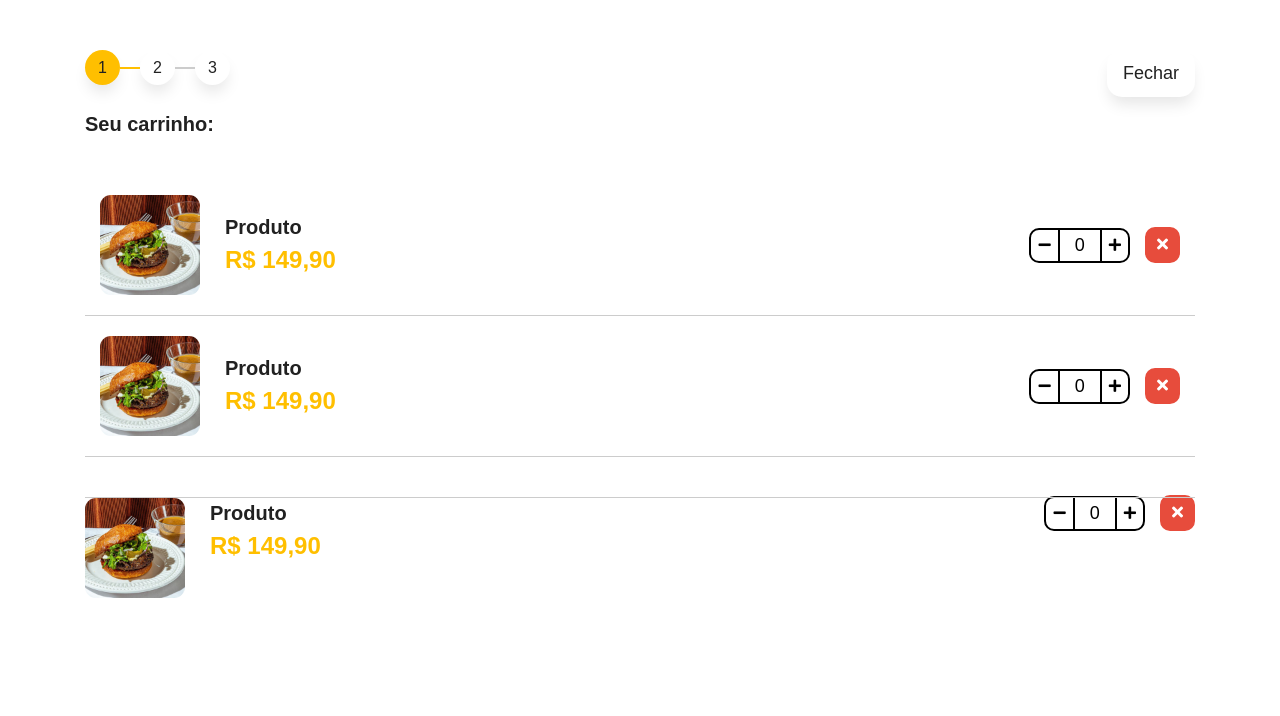
Repository: darkness318/restaraunt
Page: index.html
These files come from the project's save history. The page is drawn as it stood at one moment and after the next save; the edit follows.
The browser window is 1280 px wide. The pictures show the window.
A layer covers the whole window, so only the first screen is drawn.

Above is the page before, as saved 2024-10-01 10:36:28.

### index.html
<!DOCTYPE html>
<html lang="pt-br">
  <head>
    <meta charset="UTF-8" />
    <meta name="viewport" content="width=device-width, initial-scale=1.0" />
    <title>Restaurente - Seja bem vindo!</title>
    <link rel="stylesheet" href="./css/bootstrap.min.css" />
    <link rel="stylesheet" href="./css/fontawesome.css" />
    <link rel="stylesheet" href="./css/main.css" />
  </head>

  <body>
    <section class="header">
      <div class="container">
        <nav class="navbar navbar-expand-lg pl-0 pr-0">
          <a class="navbar-brand" href="#">
            <img src="./img/logo.png" width="160" class="img-logo" />
          </a>
          <button
            class="navbar-toggler"
            type="button"
            data-toggle="collapse"
            data-target="#navbarNavDropdown"
          >
            <span class="navbar-toggler-icon">
              <i class="fas fa-bars"></i>
            </span>
          </button>
          <div class="collapse navbar-collapse" id="navbarNavDropdown">
            <ul class="navbar-nav ml-auto mr-auto">
              <li class="nav-item">
                <a href="#reservas" class="nav-link"><b>Reservas</b></a>
              </li>
              <li class="nav-item">
                <a href="#servicos" class="nav-link"><b>Serviços</b></a>
              </li>
              <li class="nav-item">
                <a href="#cardapio" class="nav-link"><b>Cardápio</b></a>
              </li>
              <li class="nav-item">
                <a href="#depoimentos" class="nav-link"><b>Depoimentos</b></a>
              </li>
            </ul>
            <a class="btn btn-white btn-icon">
              Meu carrinho
              <span class="icon">
                <i class="fa fa-shopping-bag"></i>
              </span>
            </a>
          </div>
        </nav>
      </div>
    </section>

    <section class="banner">
      <div class="container">
        <div class="row">
          <div class="col-6">
            <div class="d-flex text-banner">
              <h1>
                <b>Escolha sua comida <b class="color-primary">favorita.</b></b>
              </h1>
              <p>
                Aproveite nosso cardápio! Escolha o que desejar e receba em sua
                casa de forma rápida e segura.
              </p>
              <div>
                <a class="btn btn-yellow mt-4 mr-3"> Ver Cardápio </a>
                <a href="#" class="btn btn-white btn-icon-left mt-4">
                  <span class="icon-left">
                    <i class="fa fa-phone"></i>
                  </span>
                  (66) 9 9999-8888
                </a>
              </div>
            </div>
            <a class="btn btn-sm btn-white btn-social mt-4 mr-3">
              <i class="fab fa-instagram"></i>
            </a>
            <a class="btn btn-sm btn-white btn-social mt-4 mr-3">
              <i class="fab fa-facebook-f"></i>
            </a>
            <a class="btn btn-sm btn-white btn-social mt-4">
              <i class="fab fa-whatsapp"></i>
            </a>
          </div>
          <div class="col-6">
            <div class="card-banner"></div>
            <div class="d-flex img-banner">
              <img src="./img/burguer.png" />
            </div>
            <div class="card card-case">
              "Entrega rápida e funcionários simpáticos.
              <br />A comida chegou quente e <br />
              muito saborosa!"
              <span class="card-case-name">
                <b>Thiago Lopes</b>
              </span>
            </div>
          </div>
        </div>
      </div>
    </section>
    <section class="servicos" id="servicos">
      <div class="background-servicos"></div>

      <div class="container">
        <div class="class row">
          <div class="col-12 text-center mb-5">
            <span class="hint-title"><b>Serviços</b></span>
            <h1 class="title">
              <b>Como são nossos serviços?</b>
            </h1>
          </div>

          <div class="col-4 mb-5">
            <div class="card-icon text-center">
              <img src="./img/icone-pedido.svg" width="150 " />
            </div>

            <div class="card-text text-center mt-3">
              <p><b>Fácil de pedir</b></p>
              <span>
                Você só precisa de alguns passos para pedir sua comida.
              </span>
            </div>
          </div>

          <div class="col-4 mb-5">
            <div class="card-icon text-center">
              <img src="./img/icone-delivery.svg" width="250 " />
            </div>

            <div class="card-text text-center mt-3">
              <p><b>Entrega Rápida</b></p>
              <span> Nossa entrega é sempre pontual, rápida e segura. </span>
            </div>
          </div>

          <div class="col-4 mb-5">
            <div class="card-icon text-center">
              <img src="./img/icone-qualidade.svg" width="250 " />
            </div>

            <div class="card-text text-center mt-3">
              <p><b>Melhor qualidade</b></p>
              <span>
                Não só a rapidez na entrega, a qualidade também é o nosso forte.
              </span>
            </div>
          </div>
        </div>
      </div>
    </section>
    <section class="cardapio" id="cardapio">
      <div class="background-cardapio"></div>

      <div class="container">
        <div class="row">
          <div class="col-12 text-center mb-5">
            <span class="hint-title"><b>Cardápio</b></span>
            <h1 class="title">
              <b>Conheça o nosso Cardápio</b>
            </h1>
          </div>

          <div class="col-12 container-menu">
            <a class="btn btn-white btn-sm mr-3">
              <i class="fas fa-hamburger"></i>&nbsp;Burgers
            </a>
            <a class="btn btn-white btn-sm mr-3">
              <i class="fas fa-pizza-slice"></i>&nbsp;Pizzas
            </a>
            <a class="btn btn-white btn-sm mr-3">
              <i class="fas fa-drumstick-bite"></i>&nbsp;Churrasco
            </a>
            <a class="btn btn-white btn-sm mr-3">
              <i class="fas fa-bacon"></i>&nbsp;Steaks
            </a>
            <a class="btn btn-white btn-sm mr-3">
              <i class="fas fa-cocktail"></i>&nbsp;Bebidas
            </a>
            <a class="btn btn-white btn-sm mr-3">
              <i class="fas fa-ice-cream"></i>&nbsp;Sobremesas
            </a>
          </div>

          <div class="col-12">
            <div class="row" id="itensCardapio">
              <div class="col-3 mb-5">
                <div class="card card-item">
                  <div class="img-produto">
                    <img
                      src="./img/cardapio/burguers/burger-au-poivre-kit-4-pack.3ca0e39b02db753304cd185638dad518.jpg"
                    />
                  </div>
                  <p class="title-produto text-center mt-4">
                    <b>Nome do produto muito grande</b>
                  </p>
                  <p class="price-produto text-center">
                    <b>R$ 154,90</b>
                  </p>

                  <div class="add-carrinho">
                    <span class="btn-menos"><i class="fas fa-minus"></i></span>
                    <span class="btn-numero-itens">0</span>
                    <span class="btn-mais"><i class="fas fa-plus"></i></span>
                    <span class="btn btn-add"
                      ><i class="fa fa-shopping-bag"></i
                    ></span>
                  </div>
                </div>
              </div>

              <div class="col-3 mb-5">
                <div class="card card-item">
                  <div class="img-produto">
                    <img
                      src="./img/cardapio/burguers/burger-au-poivre-kit-4-pack.3ca0e39b02db753304cd185638dad518.jpg"
                    />
                  </div>
                  <p class="title-produto text-center mt-4">
                    <b>Nome do produto muito grande</b>
                  </p>
                  <p class="price-produto text-center">
                    <b>R$ 154,90</b>
                  </p>

                  <div class="add-carrinho">
                    <span class="btn-menos"><i class="fas fa-minus"></i></span>
                    <span class="btn-numero-itens">0</span>
                    <span class="btn-mais"><i class="fas fa-plus"></i></span>
                    <span class="btn btn-add"
                      ><i class="fa fa-shopping-bag"></i
                    ></span>
                  </div>
                </div>
              </div>

              <div class="col-3 mb-5">
                <div class="card card-item">
                  <div class="img-produto">
                    <img
                      src="./img/cardapio/burguers/burger-au-poivre-kit-4-pack.3ca0e39b02db753304cd185638dad518.jpg"
                    />
                  </div>
                  <p class="title-produto text-center mt-4">
                    <b>Nome do produto muito grande</b>
                  </p>
                  <p class="price-produto text-center">
                    <b>R$ 154,90</b>
                  </p>

                  <div class="add-carrinho">
                    <span class="btn-menos"><i class="fas fa-minus"></i></span>
                    <span class="btn-numero-itens">0</span>
                    <span class="btn-mais"><i class="fas fa-plus"></i></span>
                    <span class="btn btn-add"
                      ><i class="fa fa-shopping-bag"></i
                    ></span>
                  </div>
                </div>
              </div>

              <div class="col-3 mb-5">
                <div class="card card-item">
                  <div class="img-produto">
                    <img
                      src="./img/cardapio/burguers/burger-au-poivre-kit-4-pack.3ca0e39b02db753304cd185638dad518.jpg"
                    />
                  </div>
                  <p class="title-produto text-center mt-4">
                    <b>Nome do produto muito grande</b>
                  </p>
                  <p class="price-produto text-center">
                    <b>R$ 154,90</b>
                  </p>

                  <div class="add-carrinho">
                    <span class="btn-menos"><i class="fas fa-minus"></i></span>
                    <span class="btn-numero-itens">0</span>
                    <span class="btn-mais"><i class="fas fa-plus"></i></span>
                    <span class="btn btn-add"
                      ><i class="fa fa-shopping-bag"></i
                    ></span>
                  </div>
                </div>
              </div>
            </div>
          </div>
          <div class="col-12 text-center">
            <a class="btn btn-white btn-sm">Ver mais</a>
          </div>
        </div>
      </div>
    </section>
    <section class="depoimentos" id="depoimentos">
      <div class="background-depoimentos"></div>
      <div class="container">
        <div class="row">
          <div class="col-5 text-center">
            <div class="card-depoimentos"></div>
            <div class="d-flex img-banner">
              <img src="./img/pizzas.png" />
            </div>
          </div>

          <div class="col-7">
            <span class="hint-title"><b>Depoimentos</b></span>
            <h1 class="title">
              <b>O que dizem sobre nós</b>
            </h1>
            <div class="mb-5">
              <div class="depoimento" id="depoimento-1">
                <div class="container-dados-depoimento">
                  <div class="imagem-depoimento"></div>
                  <div>
                    <p class="nome-depoimento"><b>Diego Pereira</b></p>
                    <p class="nota-depoimento">
                      <i class="fas fa-star"></i>
                      <i class="fas fa-star"></i>
                      <i class="fas fa-star"></i>
                      <i class="fas fa-star"></i>
                      <i class="fas fa-star-half-alt"></i>&nbsp;
                      <span>4.5</span>
                    </p>
                  </div>
                </div>
                <p class="texto-depoimento">
                  <i class="fas fa-quote-left"></i>
                  <span>
                    Muito bom, recomendo demais! Comida muito bem feita pelo
                    chefe, atendimento dentro dos parâmetros e boa comunicação
                    com o cliente.
                  </span>
                  <i class="fas fa-quote-right"></i>
                </p>
              </div>

              <div class="depoimento hidden" id="depoimento-2">
                <div class="container-dados-depoimento">
                  <div class="imagem-depoimento"></div>
                  <div>
                    <p class="nome-depoimento"><b>Ana Beatriz</b></p>
                    <p class="nota-depoimento">
                      <i class="fas fa-star"></i>
                      <i class="fas fa-star"></i>
                      <i class="fas fa-star"></i>
                      <i class="fas fa-star"></i>
                      <i class="fas fa-star"></i>&nbsp; <span>5.0</span>
                    </p>
                  </div>
                </div>
                <p class="texto-depoimento">
                  <i class="fas fa-quote-left"></i>
                  <span>
                    Um jantar perfeito do começo ao fim. Comida, experiência,
                    serviço... foi tão maravilhoso que fomos dois dias seguidos
                    - fato inédito para mim em uma viagem.
                  </span>
                  <i class="fas fa-quote-right"></i>
                </p>
              </div>

              <div class="depoimento hidden" id="depoimento-3">
                <div class="container-dados-depoimento">
                  <div class="imagem-depoimento"></div>
                  <div>
                    <p class="nome-depoimento"><b>João Guilherme</b></p>
                    <p class="nota-depoimento">
                      <i class="fas fa-star"></i>
                      <i class="fas fa-star"></i>
                      <i class="fas fa-star"></i>
                      <i class="fas fa-star"></i>
                      <i class="far fa-star"></i>&nbsp; <span>4.0</span>
                    </p>
                  </div>
                </div>
                <p class="texto-depoimento">
                  <i class="fas fa-quote-left"></i>
                  <span>
                    A comida estava excelente e o serviço gentil nos
                    surpreendeu! Dica: reserve umas 3 horas para ter uma
                    experiência incrível.
                  </span>
                  <i class="fas fa-quote-right"></i>
                </p>
              </div>
            </div>

            <a class="btn btn-sm btn-white btn-social mr-3 active">1</a>
            <a class="btn btn-sm btn-white btn-social mr-3">2</a>
            <a class="btn btn-sm btn-white btn-social">3</a>
          </div>
        </div>
      </div>
    </section>
    <section class="reserva" id="reserva">
      <div class="container">
        <div class="row">
          <div class="col-12">
            <div class="card-secondary">
              <div class="row">
                <div class="col-7">
                  <span class="hint-title"><b>Reserva</b></span>
                  <h1 class="title">
                    <b>Quer reservar um horário?</b>
                  </h1>
                  <p class="pr-5">
                    Mande uma mensagem clicando no botão abaixo
                    <br />
                    Reserve sua data e horário de forma simples e rápida.
                  </p>
                  <a class="btn btn-yellow mt-4"> Fazer reserva </a>
                </div>

                <div class="col-5">
                  <div class="card-reserva"></div>
                  <div class="d-flex img-banner">
                    <img src="./img/icone-reserva.svg" />
                  </div>
                </div>
              </div>
            </div>
          </div>
        </div>
      </div>
    </section>

    <section class="footer">
      <div class="container">
        <div class="row">
          <div class="col-3 container-logo-footer">
            <img class="logo-footer" src="./img/logo.png" />
          </div>

          <div class="col-6 container-texto-footer">
            <p class="mb-0">
              <b>Menu On-line</b> &copy; Todos os direitos reservados
            </p>
          </div>

          <div class="col-3 container-redes-footer">
            <a class="btn btn-sm btn-white btn-social mr-3">
              <i class="fab fa-instagram"></i>
            </a>
            <a class="btn btn-sm btn-white btn-social mr-3">
              <i class="fab fa-facebook-f"></i>
            </a>
            <a class="btn btn-sm btn-white btn-social">
              <i class="fab fa-whatsapp"></i>
            </a>
          </div>
        </div>
      </div>
    </section>

    <div class="modal-full" id="modalCarrinho">
      <div class="m-header">
        <div class="container">
          <a class="btn btn-white btn-sm float-right"> Fechar </a>

          <div class="etapas">
            <div class="etapa etapa1 active">1</div>
            <div class="etapa etapa2">2</div>
            <div class="etapa etapa3">3</div>
          </div>
          <p class="title-carrinho mt-4">
            <b id="lblTituloEtapa">Seu carrinho:</b>
          </p>
        </div>
      </div>

      <div class="m-body">
        <div class="container">
          <div id="itensCarrinho" class="row mr-0 ml-0">
            <div class="col-12 item-carrinho">
              <div class="img-produto">
                <img
                  src="./img/cardapio/burguers/burger-au-poivre-kit-4-pack.3ca0e39b02db753304cd185638dad518.jpg"
                />
              </div>
              <div class="dados-produto">
                <p class="title-produto"><b>Produto</b></p>
                <p class="price-produto"><b>R$ 149,90</b></p>
              </div>
              <div class="add-carrinho">
                <span class="btn-menos"><i class="fas fa-minus"></i></span>
                <span class="btn-numero-itens">0</span>
                <span class="btn-mais"><i class="fas fa-plus"></i></span>
                <span class="btn btn-remove"><i class="fa fa-times"></i></span>
              </div>
            </div>
            <!-- segundo item do carrinho   -->
            <div class="col-12 item-carrinho">
              <div class="img-produto">
                <img
                  src="./img/cardapio/burguers/burger-au-poivre-kit-4-pack.3ca0e39b02db753304cd185638dad518.jpg"
                />
              </div>
              <div class="dados-produto">
                <p class="title-produto"><b>Produto</b></p>
                <p class="price-produto"><b>R$ 149,90</b></p>
              </div>
              <div class="add-carrinho">
                <span class="btn-menos"><i class="fas fa-minus"></i></span>
                <span class="btn-numero-itens">0</span>
                <span class="btn-mais"><i class="fas fa-plus"></i></span>
                <span class="btn btn-remove"><i class="fa fa-times"></i></span>
              </div>
            </div>

            <div class="col-12 item-carrinho"></div>
              <div class="img-produto">
                <img
                  src="./img/cardapio/burguers/burger-au-poivre-kit-4-pack.3ca0e39b02db753304cd185638dad518.jpg"
                />
              </div>
              <div class="dados-produto">
                <p class="title-produto"><b>Produto</b></p>
                <p class="price-produto"><b>R$ 149,90</b></p>
              </div>
              <div class="add-carrinho">
                <span class="btn-menos"><i class="fas fa-minus"></i></span>
                <span class="btn-numero-itens">0</span>
                <span class="btn-mais"><i class="fas fa-plus"></i></span>
                <span class="btn btn-remove"><i class="fa fa-times"></i></span>
              </div>
            </div>
          </div>

          <div id="localEntrega" class="row mr-0 ml-0 hidden"></div>

          <div id="resumoCarrinho" class="row mr-0 ml-0 hidden"></div>
        </div>
      </div>

      <div class="m-footer">
        <div class="container">
          <div class="container-total text-right mb-4 ">
            <p class="mb-0">
              <span>Subtotal</span>
              <span id="lblSubtotal">R$ 103,00</span>
            </p>
            <p class="mb-0 texto-entrega">
              <span><i class="fas fa-motorcycle"></i>Entrega:</span>
              <span id="lblValorEntrega">R$ 5,00</span>
            </p>
            <p class="mb-0 texto-total"></p>
              <span><b>Total:</b></span>
              <span class="valor-total" id="lblValorTotal"><b>R$ 108,00</b></span>
            </p>
          </div>
          <a class="btn btn-yellow float-right" id="btnEtapaPedido">Continuar</a>
          <a class="btn btn-yellow float-right hidden" id="btnEtapaEndereco">Revisar Pediro</a>
          <a class="btn btn-yellow float-right hidden" id="btnEtapaResumo">EnviarPedido</a>
          <a class="btn btn-white float-right mr-3" id="btnEtapaResumo">Voltar</a>
        </div>
      </div>
    </div>

    <script type="text/javascript" src="./js/jquery-1.12.4.min.js"></script>
    <script type="text/javascript" src="./js/modernizr-3.5.0.min.js"></script>
    <script type="text/javascript" src="./js/bootstrap.min.js"></script>
    <script type="text/javascript" src="./js/popper.min.js"></script>
  </body>
</html>

Loaded but not shown: css/bootstrap.min.css (library); css/fontawesome.css (library); js/jquery-1.12.4.min.js (library); js/modernizr-3.5.0.min.js (library); js/bootstrap.min.js (library); js/popper.min.js (library); css/main.css (621 lines, source omitted)

After the next save:
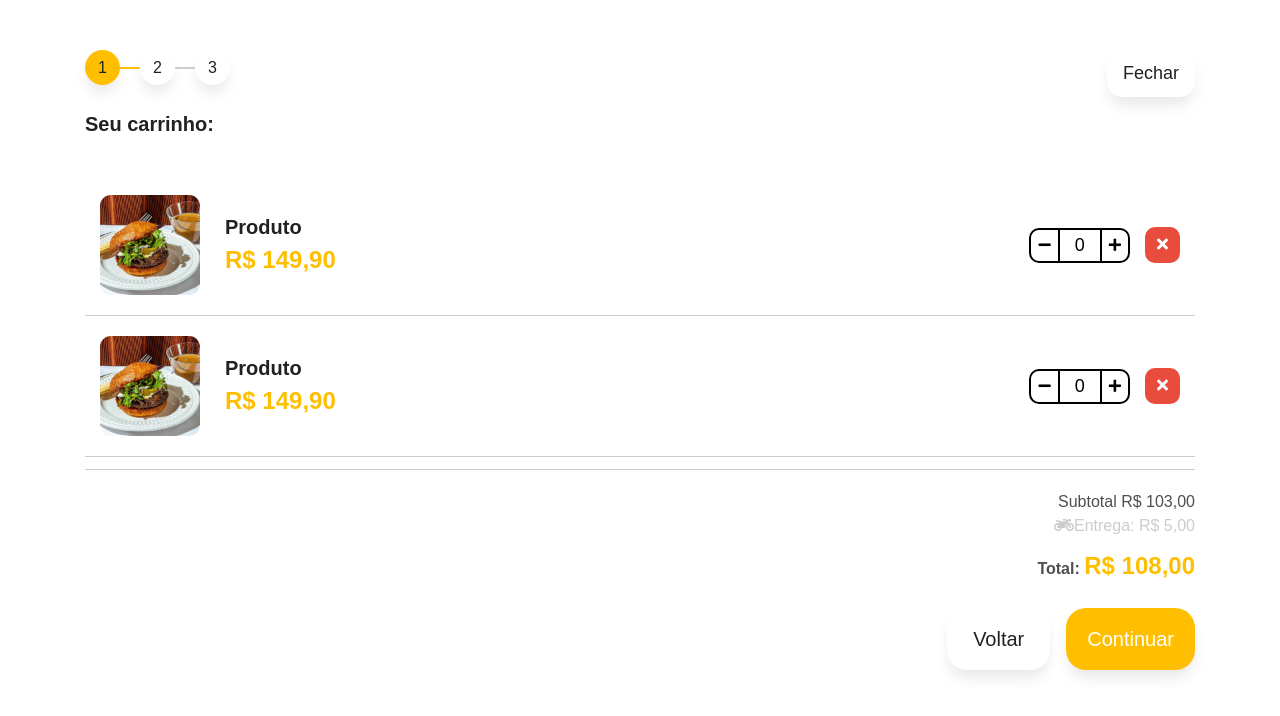
Saved 2 s later.
--- a/index.html
+++ b/index.html
@@ -510,7 +510,7 @@
               </div>
             </div>
 
-            <div class="col-12 item-carrinho"></div>
+            <div class="col-12 item-carrinho">
               <div class="img-produto">
                 <img
                   src="./img/cardapio/burguers/burger-au-poivre-kit-4-pack.3ca0e39b02db753304cd185638dad518.jpg"
